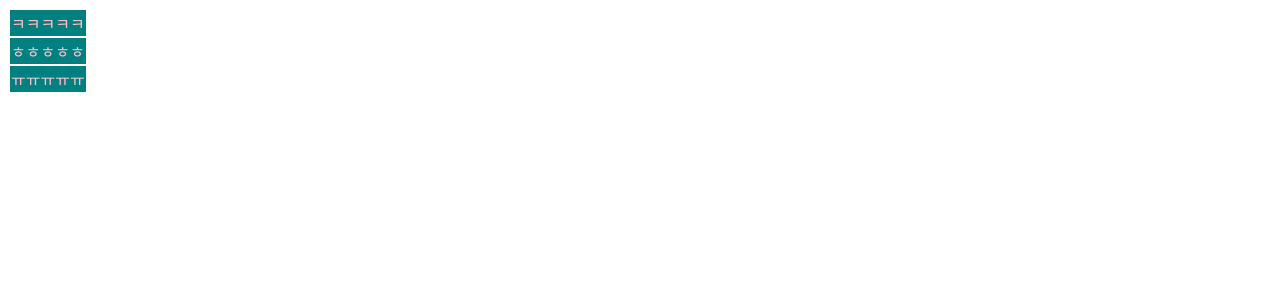
Repository: womss/sexyguy
Page: Spring/Feb13_1_jQuery/WebContent/5_Example.html
The author's editor kept a copy of each file at every save. The page is drawn from the files as they stood at one save, then again after the next save.
The browser window is 1280 px wide. The pictures show the whole page.

Above is the page before, as saved 2025-02-13 07:20:41.

After the next save:
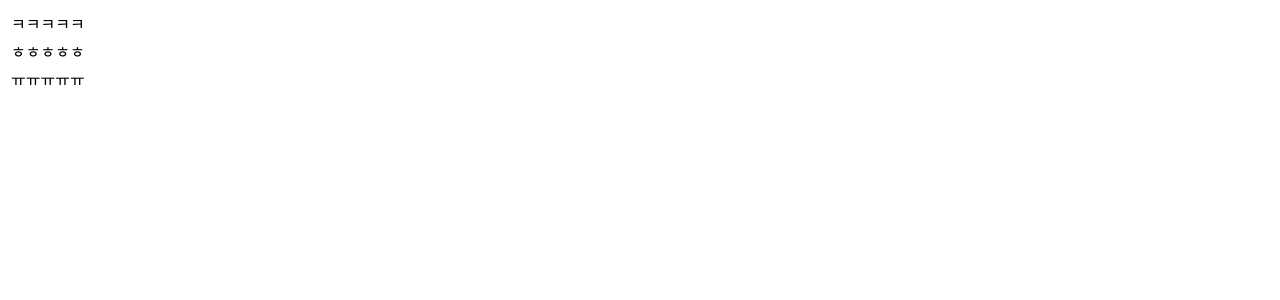
Console error: SyntaxError: Unexpected token ']'
Saved 93 s later.
--- a/Spring/Feb13_1_jQuery/WebContent/5_Example.html
+++ b/Spring/Feb13_1_jQuery/WebContent/5_Example.html
@@ -10,7 +10,15 @@
 		// ㅎㅎㅎㅎㅎ => 글자색 : yellow / 배경색 : blue
 		// ㅠㅠㅠㅠㅠ => 글자색 : pink / 배경색 : teal
 
+		let arrobj = [
+			{color: "green", bgc: "red" },
+			{color: "yellow", bgc: "blue" },
+			{color: "pink", bgc: "teal" }
+			];
 
+
+
+		]
 
 
 		$("td").each(function(i, t) {

After the save that followed:
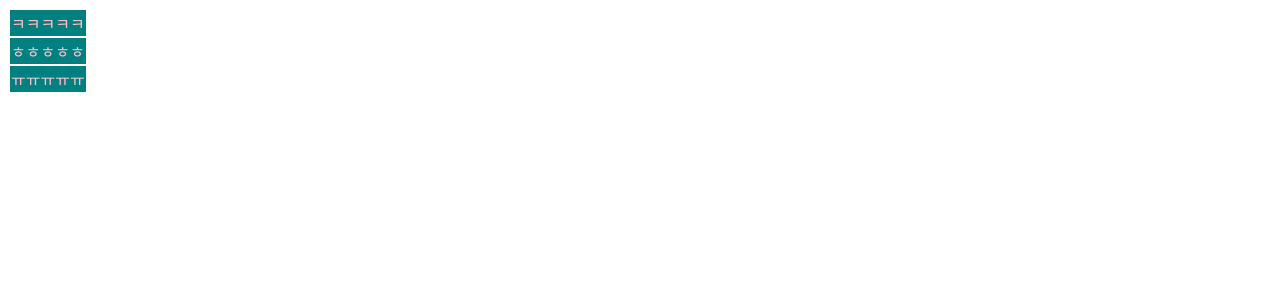
The error is gone.
Saved 48 s later.
--- a/Spring/Feb13_1_jQuery/WebContent/5_Example.html
+++ b/Spring/Feb13_1_jQuery/WebContent/5_Example.html
@@ -16,13 +16,8 @@
 			{color: "pink", bgc: "teal" }
 			];
 
-
-
-		]
-
-
 		$("td").each(function(i, t) {
-			$(t).css("color", "green");
+			$(t).css("color", arrobj[i].color);
 			$(t).css("background-color", "red");
 		});
 		$("td").each(function(i, t) {
